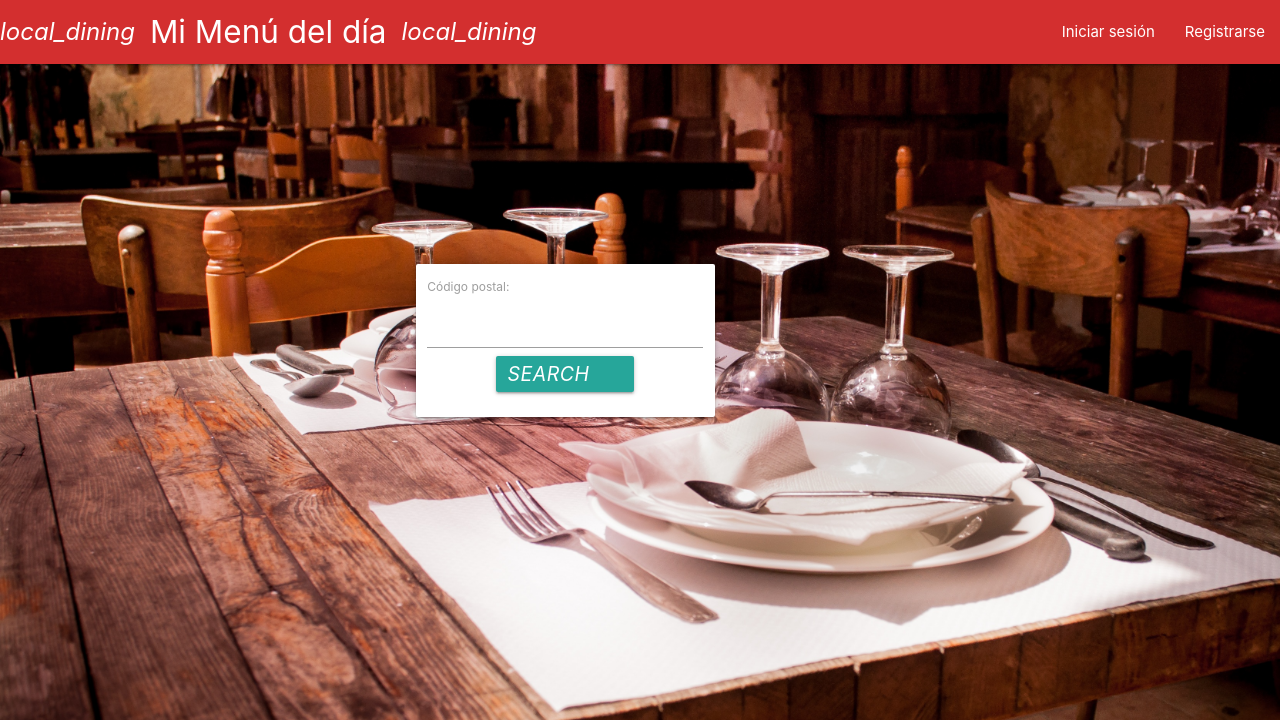
Repository: ixtab/ProyectoJavaRestaurante
Page: http://localhost/MiMenu/
These files come from the project's save history. The page is drawn as it stood at one moment and after the next save; the edit follows.
The browser window is 1280 px wide. The pictures show the whole page.
The page is served by Tomcat 9.

Above is the page before, as saved 2019-03-17 19:40:46.

After the next save:
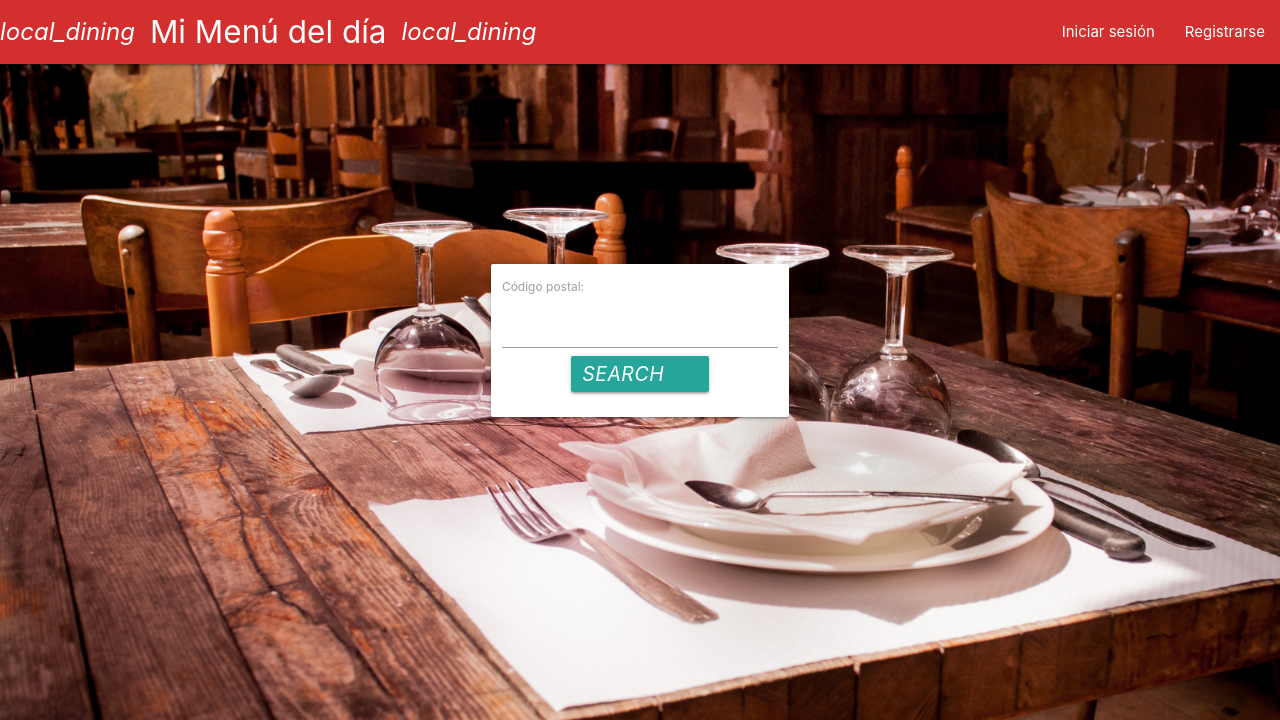
Saved 58 s later.
--- a/MiMenu/WebContent/index.jsp
+++ b/MiMenu/WebContent/index.jsp
@@ -26,7 +26,7 @@
 		</header>
 
 	<div class="margen-superior container row">
-		<div class="margen-superior card-panel col s4 offset-s3 padding">
+		<div class="margen-superior card-panel col s4 offset-s4 padding">
 
 			<form class = "flow-text">
 				<label >Código postal:<input type="text" id="cp"></label>
